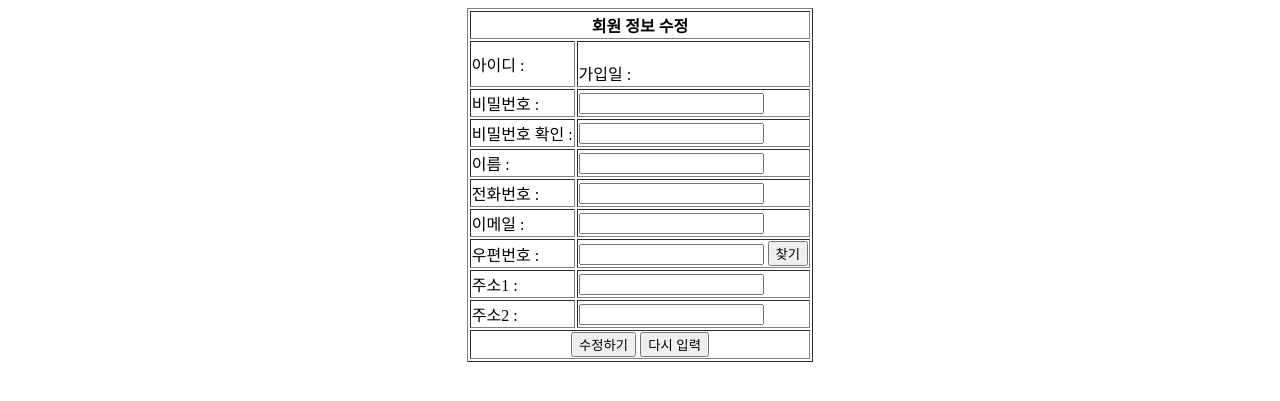
Repository: kdh3543/kh_SpringFramework
Page: http://localhost/Spring_04_Board/WEB-INF/views/member/mypage.jsp
An editor plug-in stored every save of this project. The page is shown before and after the next save, followed by the edit.
The browser window is 1280 px wide. The pictures show the whole page.
The page is served by Tomcat 9. Nobody is signed in. The template is opened directly, without the code that normally fills it, so the values that code supplies are empty.

Above is the page before, as saved 2021-12-29 08:13:15.

After the next save:
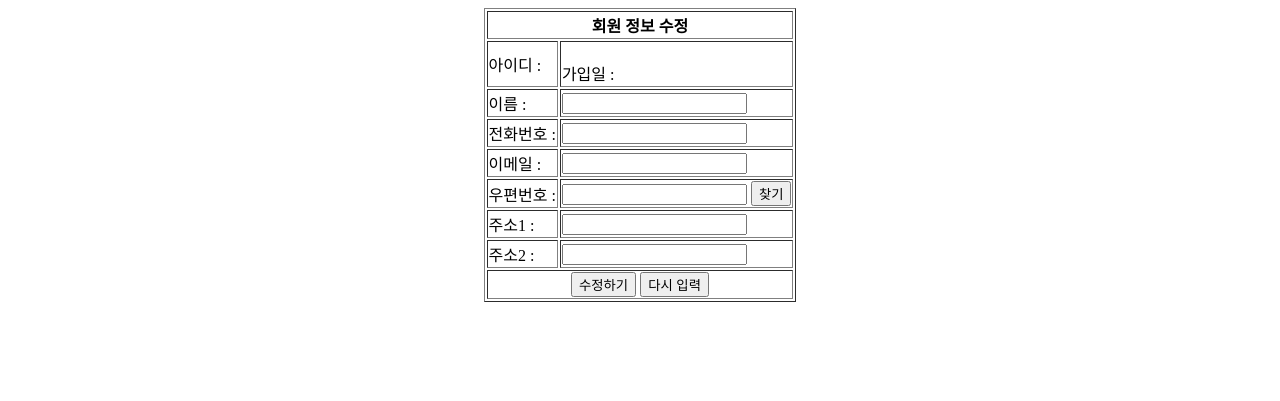
Saved 29 s later.
--- a/Spring_04_Board/src/main/webapp/WEB-INF/views/member/mypage.jsp
+++ b/Spring_04_Board/src/main/webapp/WEB-INF/views/member/mypage.jsp
@@ -20,14 +20,6 @@
 			<tr>
 				<td class=title>아이디 :
 				<td>${dto.id }<br> 가입일 : ${dto.signup_date }
-			</tr>
-			<tr>
-				<td class=title>비밀번호 :
-				<td><input type=password id=pwd name=pwd>
-			</tr>
-			<tr>
-				<td class=title>비밀번호 확인 :
-				<td><input type=password id=repwd> <span id=result></span>
 			</tr>
 			<tr>
 				<td class=title>이름 :
